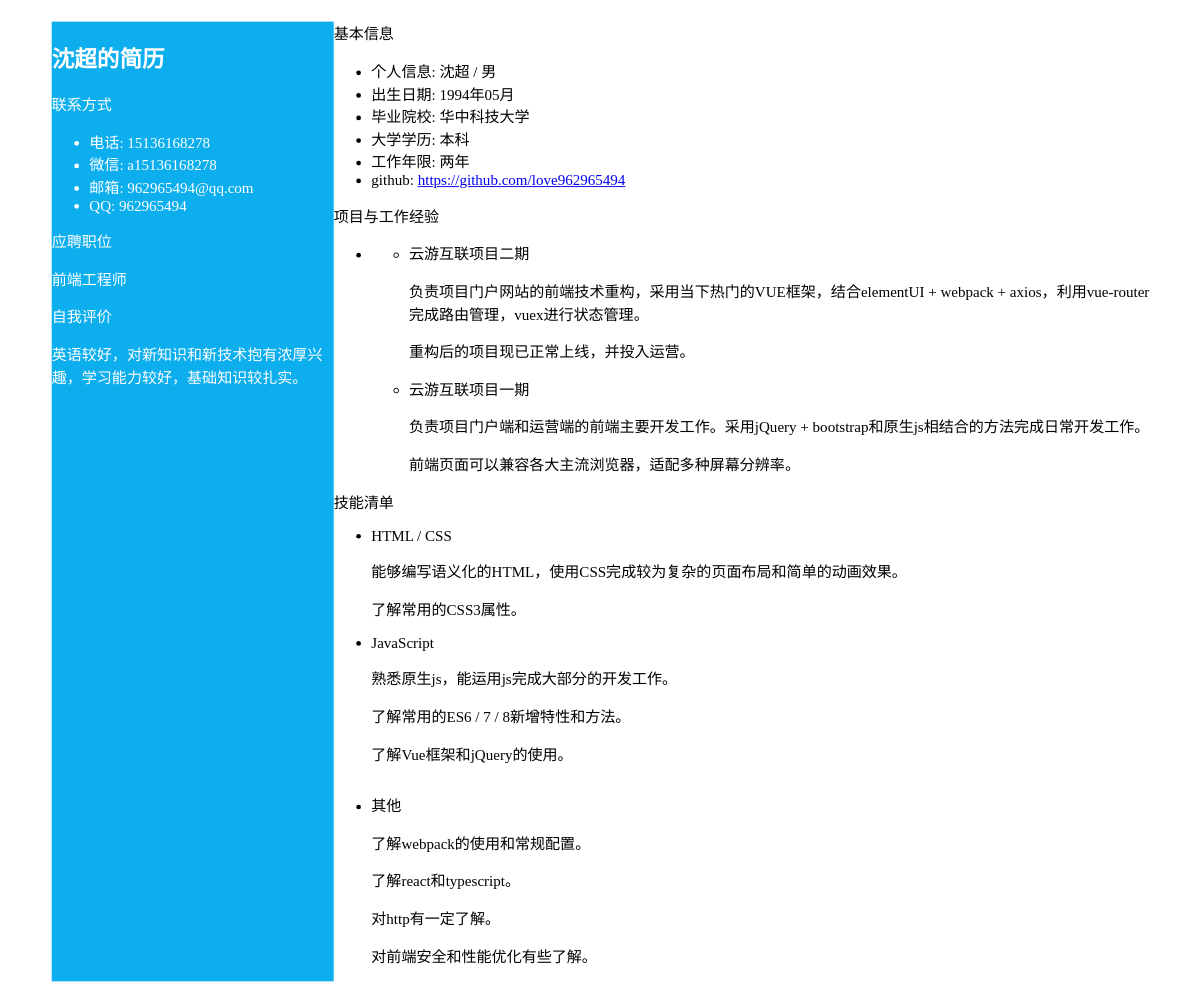
Repository: love962965494/my-resume
Page: index.html
An editor plug-in stored every save of this project. The page is shown before and after the next save, followed by the edit.
The browser window is 1280 px wide. The pictures show the whole page, at 94% of full size.
The style sheet was rebuilt from its Sass, Less or Tailwind sources for each picture, by a compiler version that may differ from the author's.

Above is the page before, as saved 2018-09-02 16:57:18.

### index.html
<!DOCTYPE html>
<html lang="en">

<head>
  <meta charset="UTF-8">
  <meta name="viewport" content="width=device-width, initial-scale=1.0">
  <meta http-equiv="X-UA-Compatible" content="ie=edge">
  <title>沈超的简历</title>
  <link rel="stylesheet" href="./styles/myResume.css">
</head>

<body>
  <div id="container" class="container flex">
    <!-- 左边栏 -->
    <aside class="content__left">
      <!-- 头像区域 -->
      <div class="logo">
        <h2 class="text-center">沈超的简历</h2>
      </div>

      <!-- 联系方式区域 -->
      <div class="msg-info info">
        <span class="title">
          <i class="fas fa-pencil-alt"></i>
          <span>联系方式</span>
        </span>
        <ul class="contact-list">
          <li>
            <span>
              <i class="fas fa-mobile-alt"></i>
            </span>
            <span>电话:</span>
            <span>15136168278</span>
          </li>
          <li>
            <span>
              <i class="fab fa-weixin"></i>
            </span>
            <span>微信:</span>
            <span>a15136168278</span>
          </li>
          <li>
            <span>
              <i class="far fa-envelope"></i>
            </span>
            <span>邮箱:</span>
            <span>962965494@qq.com</span>
          </li>
          <li>
            <span>
              <i class="fab fa-qq"></i>
            </span>
            <span>QQ:</span>
            <span>962965494</span>
          </li>
        </ul>
      </div>

      <!-- 应聘职位区域 -->
      <div class="application-info info">
        <span class="title">
          <i class="fas fa-pencil-alt"></i>
          <span>应聘职位</span>
        </span>
        <p class="application-job">前端工程师</p>
      </div>

      <!-- 个人评价区域 -->
      <div class="self-evaluation-info info">
        <span class="title">
          <i class="fas fa-pencil-alt"></i>
          <span>自我评价</span>
        </span>
        <p class="self-evaluate">英语较好，对新知识和新技术抱有浓厚兴趣，学习能力较好，基础知识较扎实。</p>
      </div>
    </aside>

    <!-- 右边栏 -->
    <div class="content__right">
      <!-- 基本信息 -->
      <div class="basic-info info">
        <div class="header">
          <i class="fas fa-anchor"></i>
          <span>基本信息</span>
        </div>
        <div class="content">
          <ul>
            <li>
              <span>个人信息:</span>
              <span>沈超&nbsp;/&nbsp;男</span>
            </li>
            <li>
              <span>出生日期:</span>
              <span>1994年05月</span>
            </li>
            <li>
              <span>毕业院校:</span>
              <span>华中科技大学</span>
            </li>
            <li>
              <span>大学学历:</span>
              <span>本科</span>
            </li>
            <li>
              <span>工作年限:</span>
              <span>两年</span>
            </li>
            <li>
              <span>github:</span>
              <span><a href="https://github.com/love962965494" target="_blank">https://github.com/love962965494</a></span>
            </li>
          </ul>
        </div>
      </div>

      <!-- 项目经验 -->
      <div class="experience-info info">
        <div class="header">
          <i class="fas fa-anchor"></i>
          <span>项目与工作经验</span>
        </div>
        <div class="content">
          <ul>
            <li>
              <div class="company-info"></div>
              <ul class="work-experience-list">
                <li>
                  <div class="work-name circle">云游互联项目二期</div>
                  <div class="work-info">
                    <p>负责项目门户网站的前端技术重构，采用当下热门的VUE框架，结合elementUI + webpack + axios，利用vue-router完成路由管理，vuex进行状态管理。</p>
                    <p>重构后的项目现已正常上线，并投入运营。</p>
                  </div>
                  <div class="work-picture"></div>
                </li>
                <li style="padding-top: 0">
                  <div class="work-name circle">云游互联项目一期</div>
                  <div class="work-info">
                    <p>负责项目门户端和运营端的前端主要开发工作。采用jQuery + bootstrap和原生js相结合的方法完成日常开发工作。</p>
                    <p>前端页面可以兼容各大主流浏览器，适配多种屏幕分辨率。</p>
                  </div>
                  <div class="work-picture"></div>
                </li>
              </ul>
            </li>
            </li>
          </ul>
        </div>
      </div>

      <!-- 技能清单 -->
      <div class="skill-info info">
        <div class="header">
          <i class="fas fa-anchor"></i>
          <span>技能清单</span>
        </div>
        <div class="content">
          <ul class="skill-list">
            <li>
              <div class="skill-name circle">HTML / CSS</div>
              <div class="skill-info">
                <p>能够编写语义化的HTML，使用CSS完成较为复杂的页面布局和简单的动画效果。</p>
                <p>了解常用的CSS3属性。</p>
              </div>
            </li>
            <li>
              <div class="skill-name circle">JavaScript</div>
              <div class="skill-info">
                <p>熟悉原生js，能运用js完成大部分的开发工作。</p>
                <p>了解常用的ES6 / 7 / 8新增特性和方法。</p>
                <p>了解Vue框架和jQuery的使用。</p>
              </div>
            </li>
            <li style="border-top: 15px solid transparent;">
              <div class="skill-name circle">其他</div>
              <div class="skill-info">
                <p>了解webpack的使用和常规配置。</p>
                <p>了解react和typescript。</p>
                <p>对http有一定了解。</p>
                <p>对前端安全和性能优化有些了解。</p>
              </div>
            </li>
          </ul>
        </div>
      </div>
    </div>
  </div>
</body>

</html>

### styles/myResume.scss
@mixin text-center {
  text-align: center;
}

@media (min-width: 992px) {
  .container {
    width: 970px;
  }
}

@media (min-width: 1200px) {
  .container {
    width: 1170px;
  }
}

.container {
  display: grid;
  grid-template-columns: 300px 1fr;
  padding: 15px;
  margin: auto;
}

.content__left {
  background-color: #0daeee;
  color: #fff;
}

After the next save:
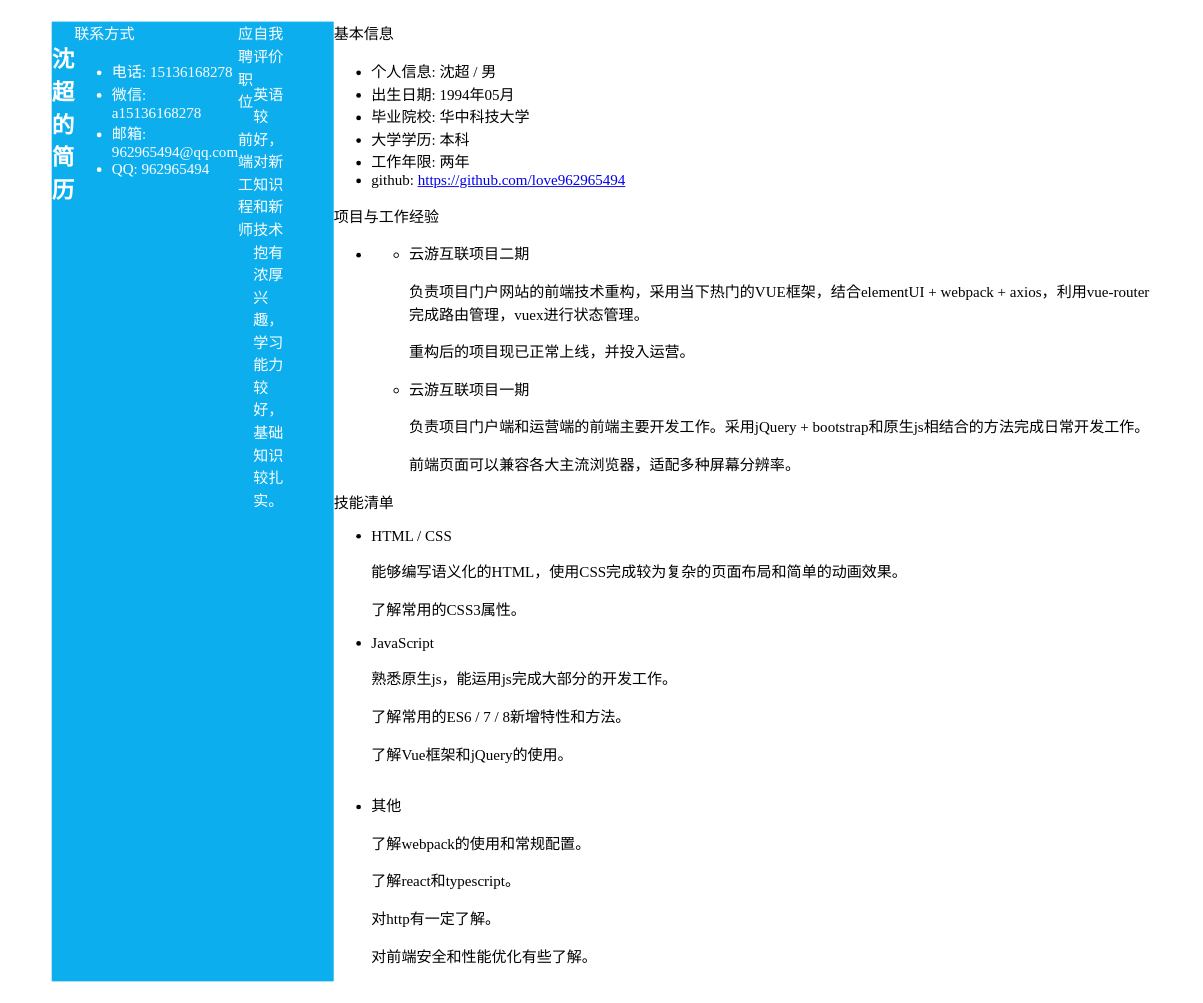
Saved 106 s later.
--- a/styles/myResume.scss
+++ b/styles/myResume.scss
@@ -22,6 +22,9 @@
 }
 
 .content__left {
+  display: grid;
+  grid-template-columns: repeat(12, 1fr);
   background-color: #0daeee;
   color: #fff;
+
 }
